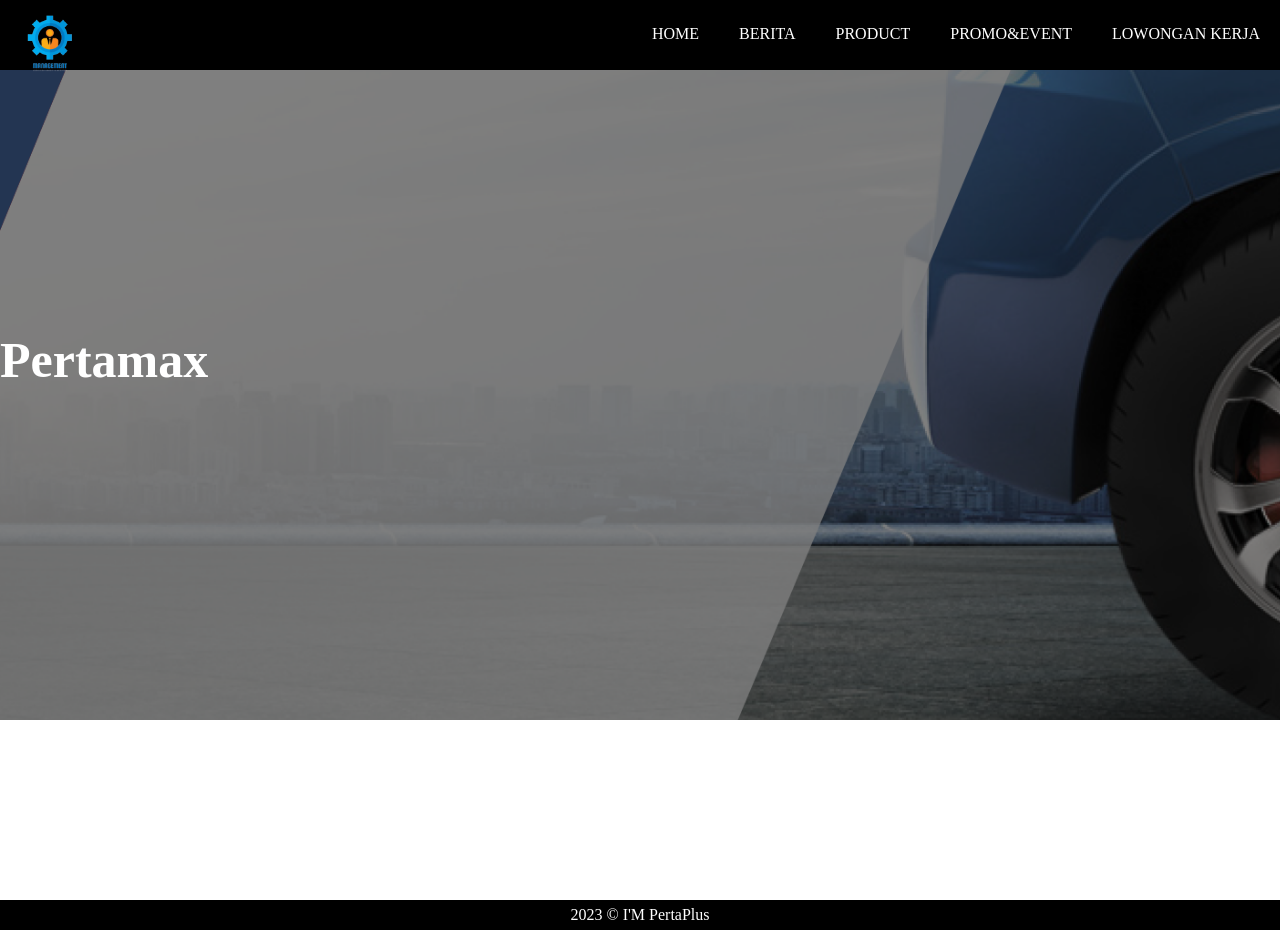
Repository: rizalardi34/project-mypertaplus
Page: pertamax.html
These files come from the project's save history. The page is drawn as it stood at one moment and after the next save; the edit follows.
The browser window is 1280 px wide. The pictures show the whole page.

Above is the page before, as saved 2023-04-25 13:06:11.

### pertamax.html
<html>
    <head>
        <title>Management Karyawan</title>
    </head>
    <body style="margin: 0; padding: 0; height: 100%;">
        <div>
            <div>
                <nav style="width:100%; background-color: black; position: fixed; top:0; height: 70px; display: flex; justify-content:space-between;">
                    <div class="logo">
                        <img src="logo.png" style="padding-top: 0px; padding-left: 10px; width: 80px;" >
                    </div>
                    <ul style="display: flex; list-style-type: none; line-height: 35px;">
                        <li><a href="./home.html" style="text-decoration: none; color:white; padding: 0px 20px;">HOME</a></li>
                        <li><a href="./profile.html" style="text-decoration: none; color:white; padding: 0px 20px; ">BERITA</a></li>
                        <li><a href="./product.html" style="text-decoration: none; color:white; padding: 0px 20px; ">PRODUCT</a></li>
                        <li><a href="dataKaryawan.html" style="text-decoration: none; color:white; padding: 0px 20px; ">PROMO&EVENT</a></li>
                        <li><a href="#" style="text-decoration: none; color:white; padding: 0px 20px; ">LOWONGAN KERJA</a></li>
                    </ul>
                </nav>
            </div>
            <div style="background-image: url(Main.png); background-repeat: no-repeat; background-size: cover; height: 100%;width: 100%; display: flex; justify-content: center; align-items: center;">
                <div style="background-color:rgb(0, 0, 0,0.5); height: 100%; width: 100%; display: flex; justify-content: start; align-items: center; padding: ;">
                    <h1 style=" color: white; font-size: 50px; ">Pertamax</h1>
                </div>
            </div>
            <div style="margin-top: 25vh;background-color: black;height: 30px;display: flex;justify-content: center;align-items: center;color: white;">
                <p>2023 © I'M PertaPlus</p>
            </div>
        </div>
    </body>
</html>

After the next save:
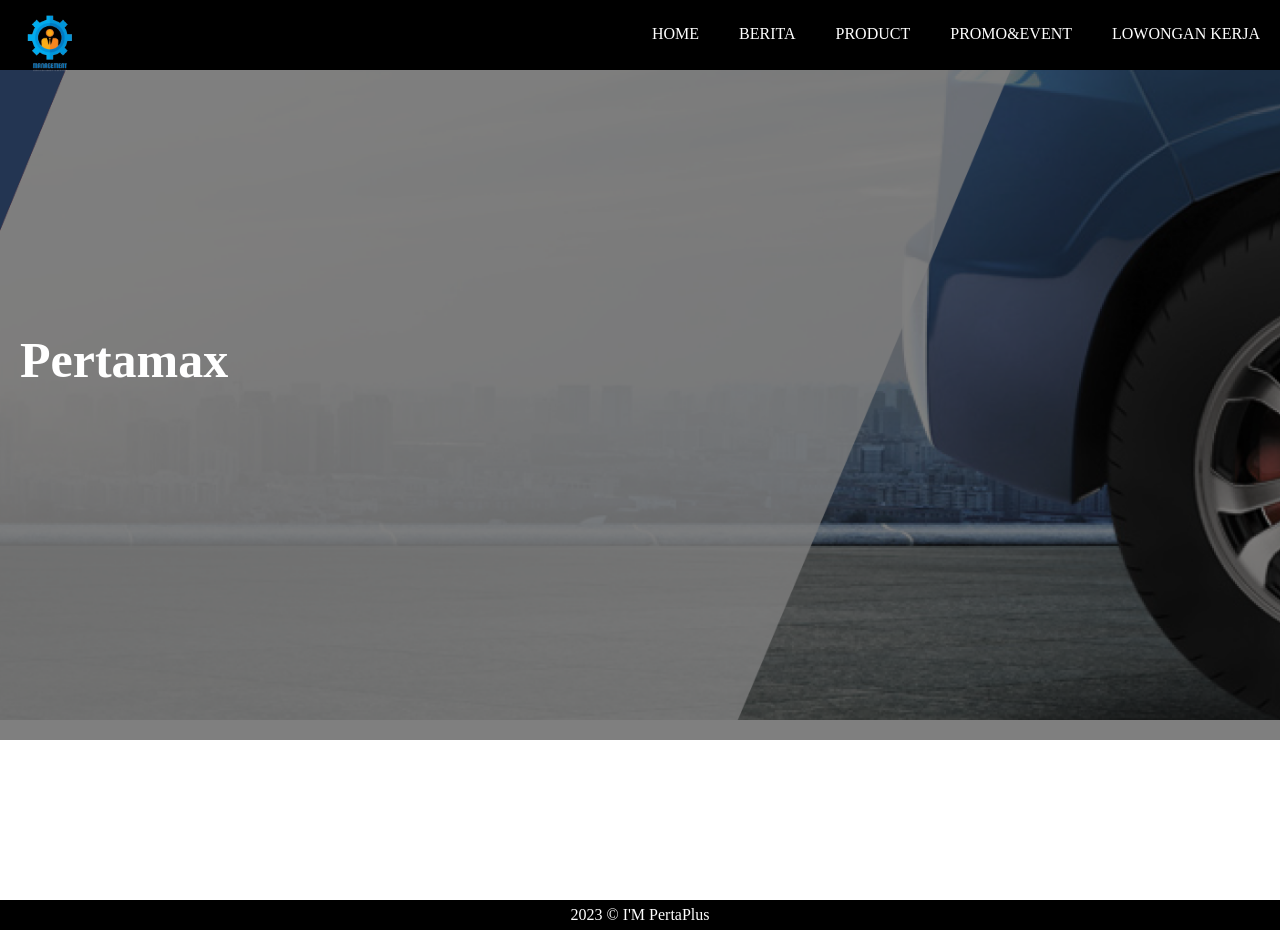
Saved 4 s later.
--- a/pertamax.html
+++ b/pertamax.html
@@ -19,7 +19,7 @@
                 </nav>
             </div>
             <div style="background-image: url(Main.png); background-repeat: no-repeat; background-size: cover; height: 100%;width: 100%; display: flex; justify-content: center; align-items: center;">
-                <div style="background-color:rgb(0, 0, 0,0.5); height: 100%; width: 100%; display: flex; justify-content: start; align-items: center; padding: ;">
+                <div style="background-color:rgb(0, 0, 0,0.5); height: 100%; width: 100%; display: flex; justify-content: start; align-items: center; padding: 20px;">
                     <h1 style=" color: white; font-size: 50px; ">Pertamax</h1>
                 </div>
             </div>
